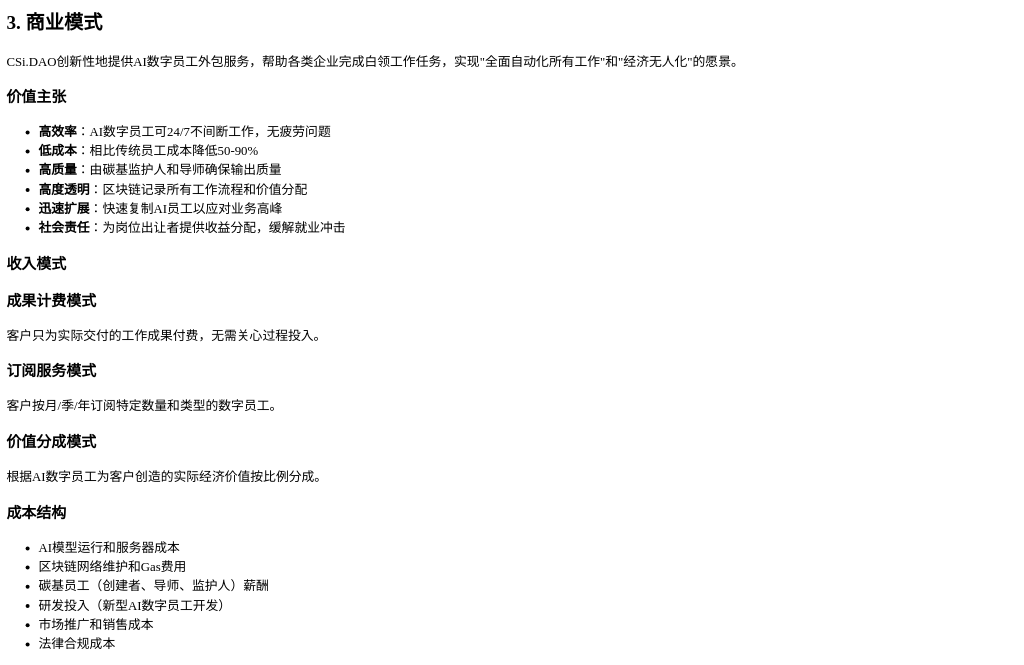
Repository: delez911/ainize
Page: static-site/src/components/business/business.html
An editor plug-in stored every save of this project. The page is shown before and after the next save, followed by the edit.
The browser window is 1280 px wide. The pictures show the whole page, at 80% of full size.

Above is the page before, as saved 2025-04-24 03:52:50.

After the next save:
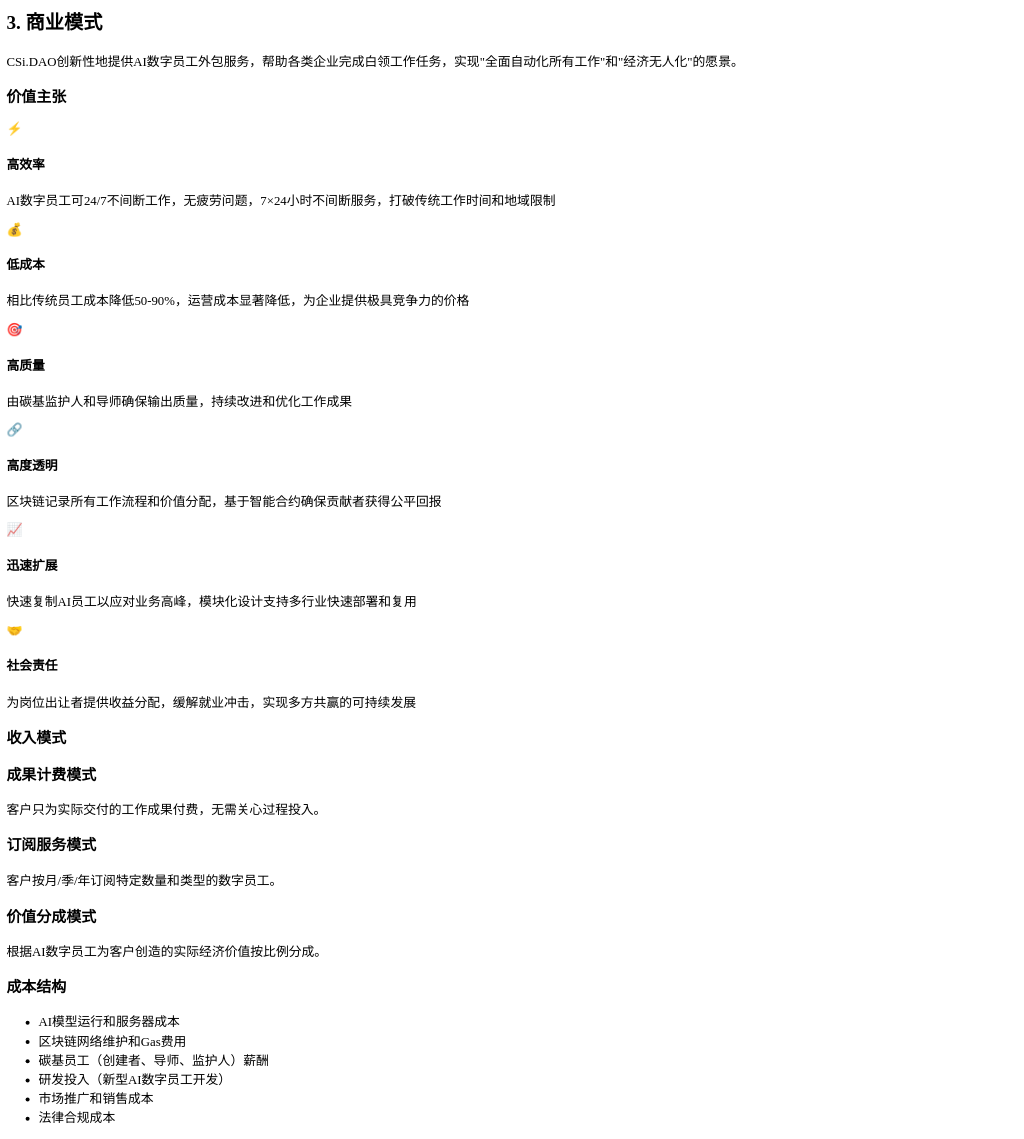
Saved 2 min 43 s later.
--- a/static-site/src/components/business/business.html
+++ b/static-site/src/components/business/business.html
@@ -5,14 +5,38 @@
       <p>CSi.DAO创新性地提供AI数字员工外包服务，帮助各类企业完成白领工作任务，实现"全面自动化所有工作"和"经济无人化"的愿景。</p>
 
       <h3>价值主张</h3>
-      <ul>
-        <li><strong>高效率</strong>：AI数字员工可24/7不间断工作，无疲劳问题</li>
-        <li><strong>低成本</strong>：相比传统员工成本降低50-90%</li>
-        <li><strong>高质量</strong>：由碳基监护人和导师确保输出质量</li>
-        <li><strong>高度透明</strong>：区块链记录所有工作流程和价值分配</li>
-        <li><strong>迅速扩展</strong>：快速复制AI员工以应对业务高峰</li>
-        <li><strong>社会责任</strong>：为岗位出让者提供收益分配，缓解就业冲击</li>
-      </ul>
+      <div class="value-propositions">
+        <div class="value-item">
+          <div class="value-icon">⚡</div>
+          <h4>高效率</h4>
+          <p>AI数字员工可24/7不间断工作，无疲劳问题，7×24小时不间断服务，打破传统工作时间和地域限制</p>
+        </div>
+        <div class="value-item">
+          <div class="value-icon">💰</div>
+          <h4>低成本</h4>
+          <p>相比传统员工成本降低50-90%，运营成本显著降低，为企业提供极具竞争力的价格</p>
+        </div>
+        <div class="value-item">
+          <div class="value-icon">🎯</div>
+          <h4>高质量</h4>
+          <p>由碳基监护人和导师确保输出质量，持续改进和优化工作成果</p>
+        </div>
+        <div class="value-item">
+          <div class="value-icon">🔗</div>
+          <h4>高度透明</h4>
+          <p>区块链记录所有工作流程和价值分配，基于智能合约确保贡献者获得公平回报</p>
+        </div>
+        <div class="value-item">
+          <div class="value-icon">📈</div>
+          <h4>迅速扩展</h4>
+          <p>快速复制AI员工以应对业务高峰，模块化设计支持多行业快速部署和复用</p>
+        </div>
+        <div class="value-item">
+          <div class="value-icon">🤝</div>
+          <h4>社会责任</h4>
+          <p>为岗位出让者提供收益分配，缓解就业冲击，实现多方共赢的可持续发展</p>
+        </div>
+      </div>
 
       <h3>收入模式</h3>
       <div class="card-container">
